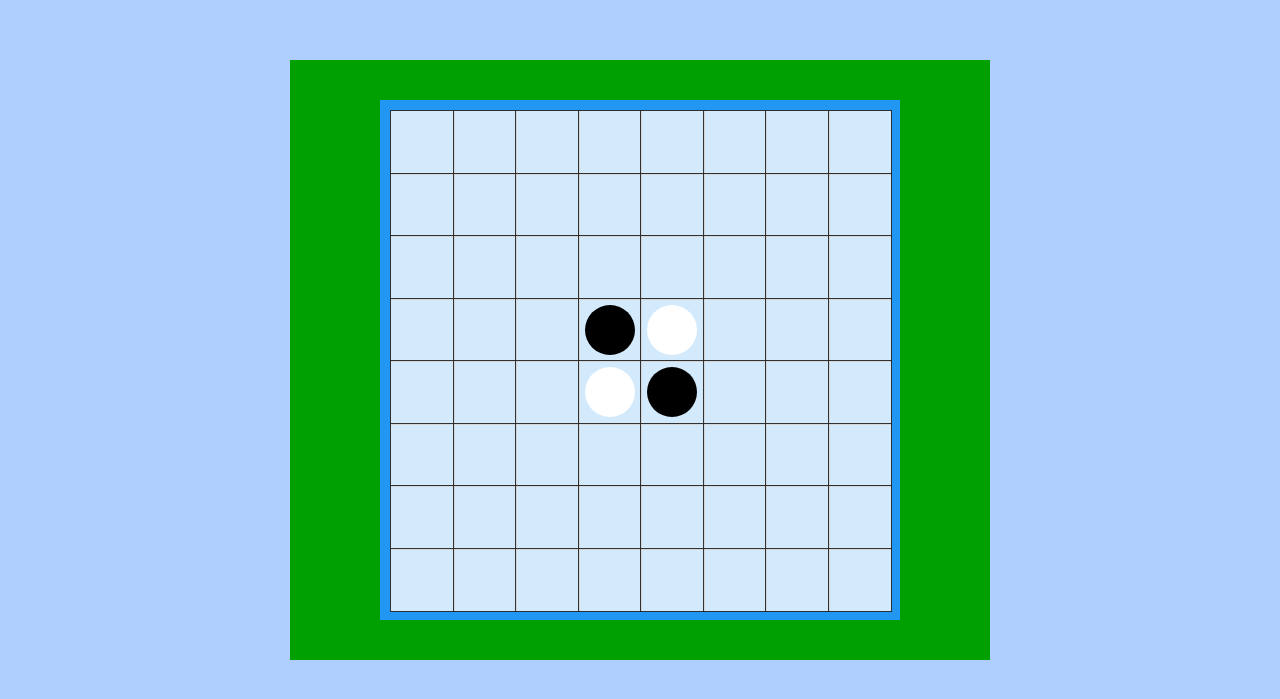
Repository: eliaoucohen72/react-reversi
Page: /
The author's editor kept a copy of each file at every save. The page is drawn from the files as they stood at one save, then again after a run of saves.
The browser window is 1280 px wide. The pictures show the whole page.
The project was rebuilt for these pictures with package versions that can differ from the ones it lists, and the page was loaded fresh each time. Also part of the build but not shown: vite.config.ts.

Above is the page before, as saved 2024-09-05 16:02:42.

### src/App.tsx
import { useState } from "react";
import "./App.css";

type Player = "black" | "white";

// Fonction pour vérifier et retourner les pions capturés
const flipPieces = (
  board: string[],
  index: number,
  player: Player
): string[] => {
  const directions = [-1, 1, -8, 8, -9, 9, -7, 7];
  const opponent = player === "black" ? "white" : "black";
  const newBoard = [...board]; // Copier le plateau

  for (const direction of directions) {
    let i = index + direction;
    const toFlip = []; // Pions à retourner

    while (i >= 0 && i < 64 && board[i] === opponent) {
      toFlip.push(i); // Ajouter les positions des pions adverses
      i += direction;
    }

    // Si on trouve un pion du joueur à la fin de la ligne d'adversaires
    if (i >= 0 && i < 64 && board[i] === player) {
      toFlip.forEach((pos) => {
        newBoard[pos] = player; // Retourner les pions
      });
    }
  }

  return newBoard;
};

// Fonction pour vérifier si un coup est valide
const isValidMove = (
  board: string[],
  index: number,
  player: Player
): boolean => {
  if (board[index] !== "empty") return false; // La case doit être vide

  const directions = [-1, 1, -8, 8, -9, 9, -7, 7];
  const opponent = player === "black" ? "white" : "black";

  for (const direction of directions) {
    let i = index + direction;
    let foundOpponent = false;

    while (i >= 0 && i < 64 && board[i] === opponent) {
      i += direction;
      foundOpponent = true;
    }

    // Si un pion du joueur est trouvé après les pions adverses
    if (foundOpponent && i >= 0 && i < 64 && board[i] === player) {
      return true;
    }
  }

  return false;
};

function App() {
  const [currentPlayer, setCurrentPlayer] = useState<Player>("black");
  const [board, setBoard] = useState<string[]>(() => initBoard());

  // Initialiser le plateau avec les pions de départ
  function initBoard(): string[] {
    const initialBoard = Array(64).fill("empty");
    initialBoard[27] = "black";
    initialBoard[28] = "white";
    initialBoard[35] = "white";
    initialBoard[36] = "black";
    return initialBoard;
  }

  const handleClick = (i: number) => {
    if (isValidMove(board, i, currentPlayer)) {
      let newBoard = [...board];
      newBoard[i] = currentPlayer; // Placer le pion
      newBoard = flipPieces(newBoard, i, currentPlayer); // Retourner les pions
      setBoard(newBoard); // Mettre à jour le plateau

      // Passer au joueur suivant
      setCurrentPlayer(currentPlayer === "black" ? "white" : "black");
    } else {
      console.log("Coup invalide");
    }
  };

  return (
    <div className="wrapper">
      <div style={{ width: "40px", height: "40px" }} />
      <div className="subWrapper">
        <div className="grid-container">
          {board.map((cell, i) => (
            <div className="item" key={i}>
              <div onClick={() => handleClick(i)} className={cell} />
            </div>
          ))}
        </div>
      </div>
    </div>
  );
}

export default App;

### src/App.css
.wrapper {
  width: 100vw;
  height: 100vh;
  background-color: #afcffe;
  position: relative;
}

.subWrapper {
  position: absolute;
  width: 700px;
  height: 600px;
  background-color: #00a000;
  top: 50%;
  left: 50%;
  transform: translate(-50%, -50%);
  display: flex;
  align-items: center;
  justify-content: center;
}

.grid-container {
  display: grid;
  grid-template-columns: 12.5% 12.5% 12.5% 12.5% 12.5% 12.5% 12.5% 12.5%;
  background-color: #2196f3;
  padding: 10px;
  width: 500px;
  height: 500px;
}
.item {
  background-color: rgba(255, 255, 255, 0.8);
  border: 1px solid rgba(0, 0, 0, 0.8);
  text-align: center;
  font-size: 16px;
  display: flex;
  align-items: center;
  justify-content: center;
  height: 100%;
  width: 100%;
}

.white {
  background-color: rgba(255, 255, 255);
  height: 80%;
  width: 80%;
  border-radius: 30px;
}

.black {
  background-color: rgba(0, 0, 0);
  height: 80%;
  width: 80%;
  border-radius: 30px;
}

.empty {
  height: 80%;
  width: 80%;
  border-radius: 30px;
}

Loaded but not shown: index.html (common file); src/main.tsx (common file); src/index.css (common file)

After the next 2 saves:
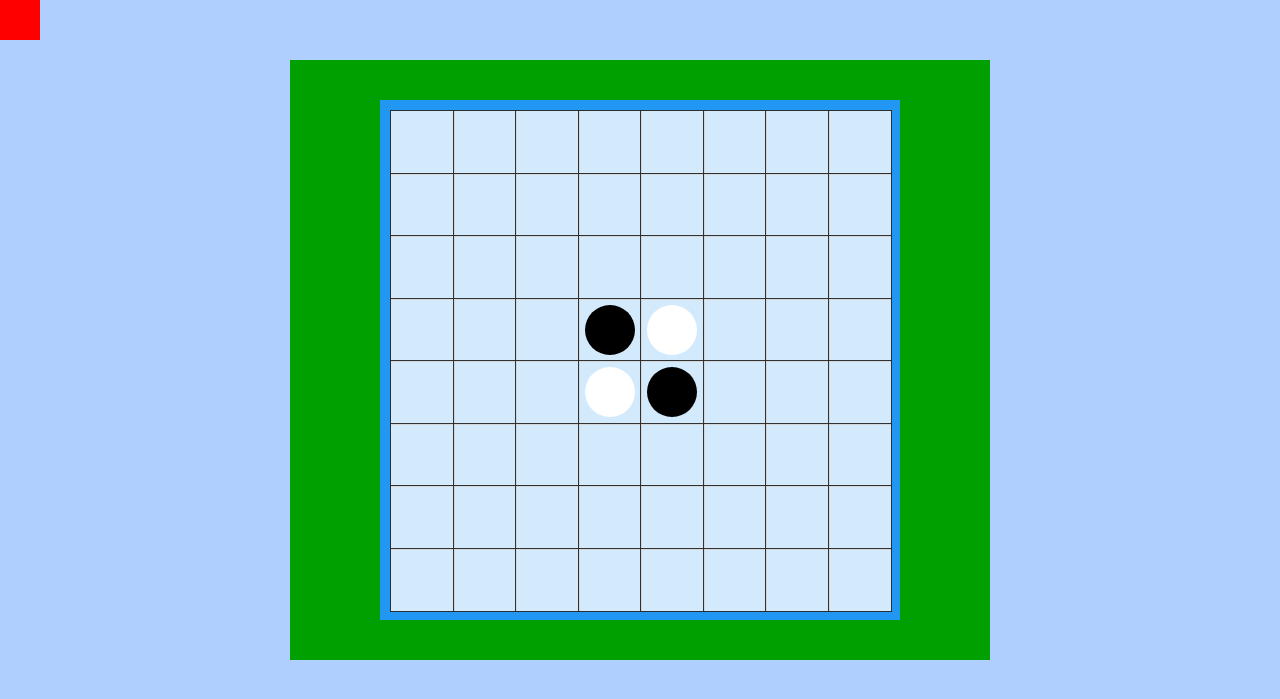
The 2 saves are shown as one change because they came seconds apart.
The last was saved 9 s later.
--- a/src/App.tsx
+++ b/src/App.tsx
@@ -92,7 +92,7 @@ function App() {
 
   return (
     <div className="wrapper">
-      <div style={{ width: "40px", height: "40px" }} />
+      <div style={{ width: "40px", height: "40px", backgroundColor: 'red' }} />
       <div className="subWrapper">
         <div className="grid-container">
           {board.map((cell, i) => (
